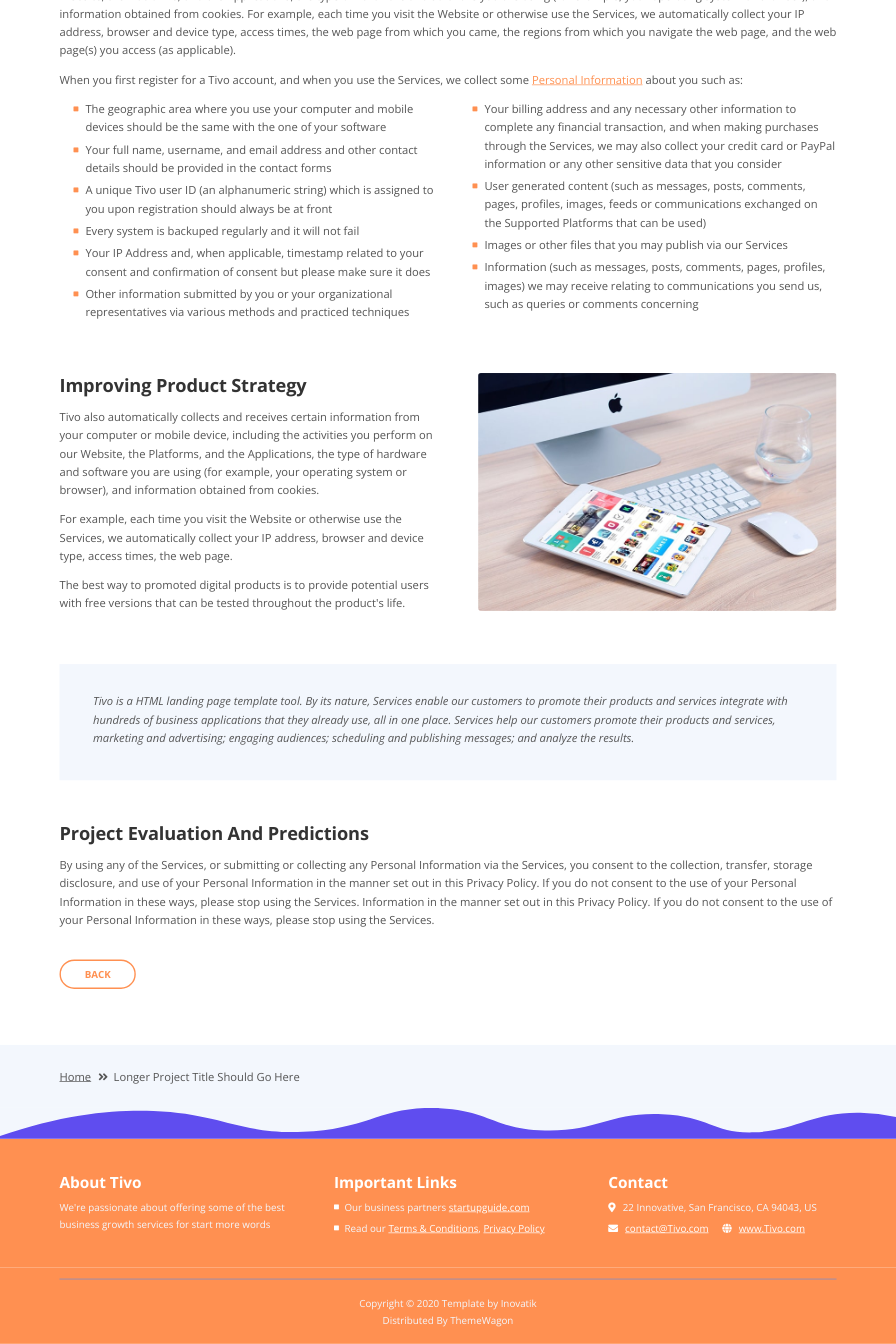
Repository: huynguyentrong/Template
Page: article-details.html
The author's editor kept a copy of each file at every save. The page is drawn from the files as they stood at one save, then again after the next save.
The browser window is 1280 px wide. The pictures show the part of the page from y = 1344 to 3264 px (the page is 3264 px tall), at 70% of full size.

Above is the page before, as saved 2022-09-30 13:59:14.

After the next save:
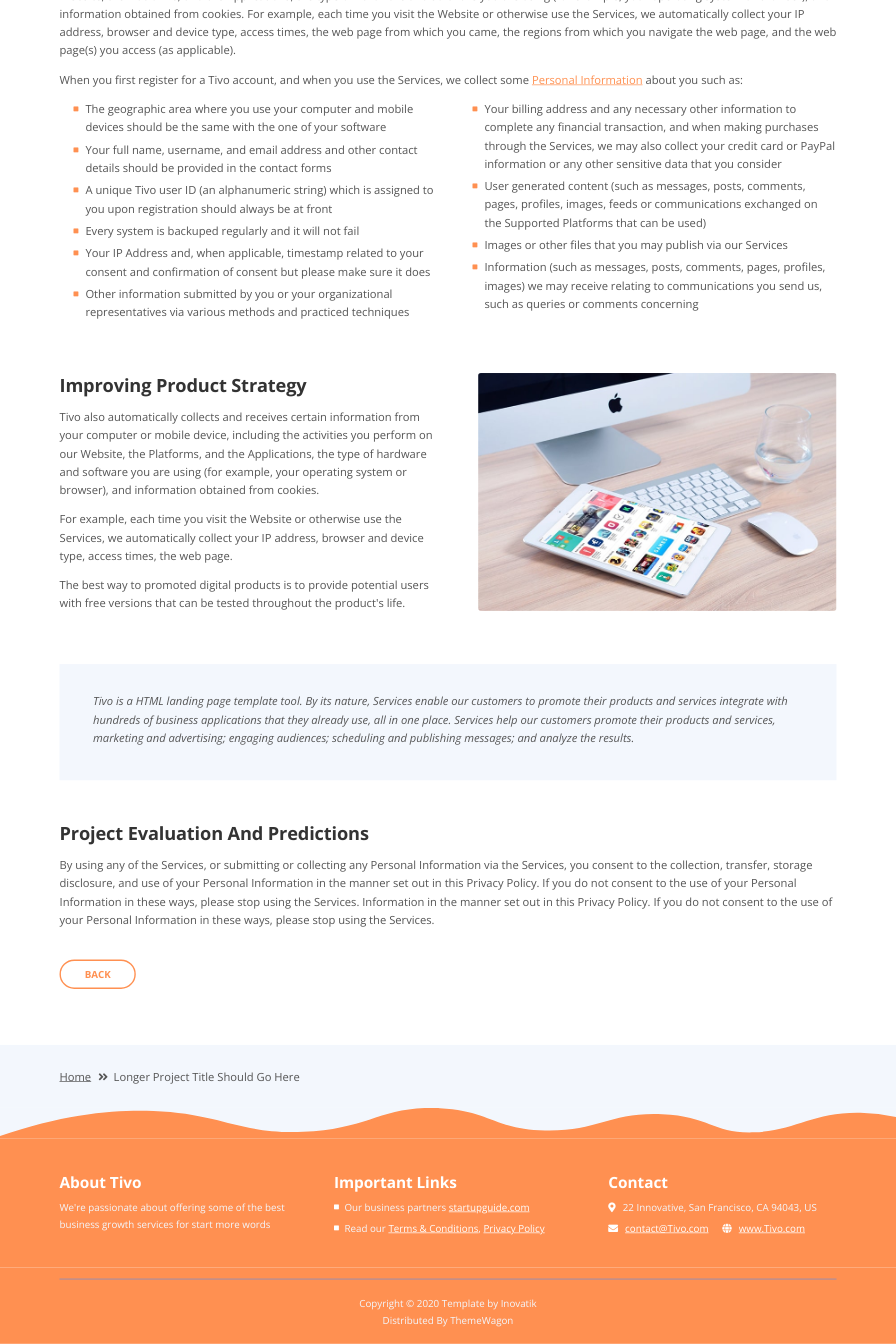
Saved 105 s later.
--- a/article-details.html
+++ b/article-details.html
@@ -422,7 +422,7 @@
       <defs>
         <style>
           .cls-2 {
-            fill: #5f4def;
+            fill: #ff9051;
           }
         </style>
       </defs>

After the save that followed:
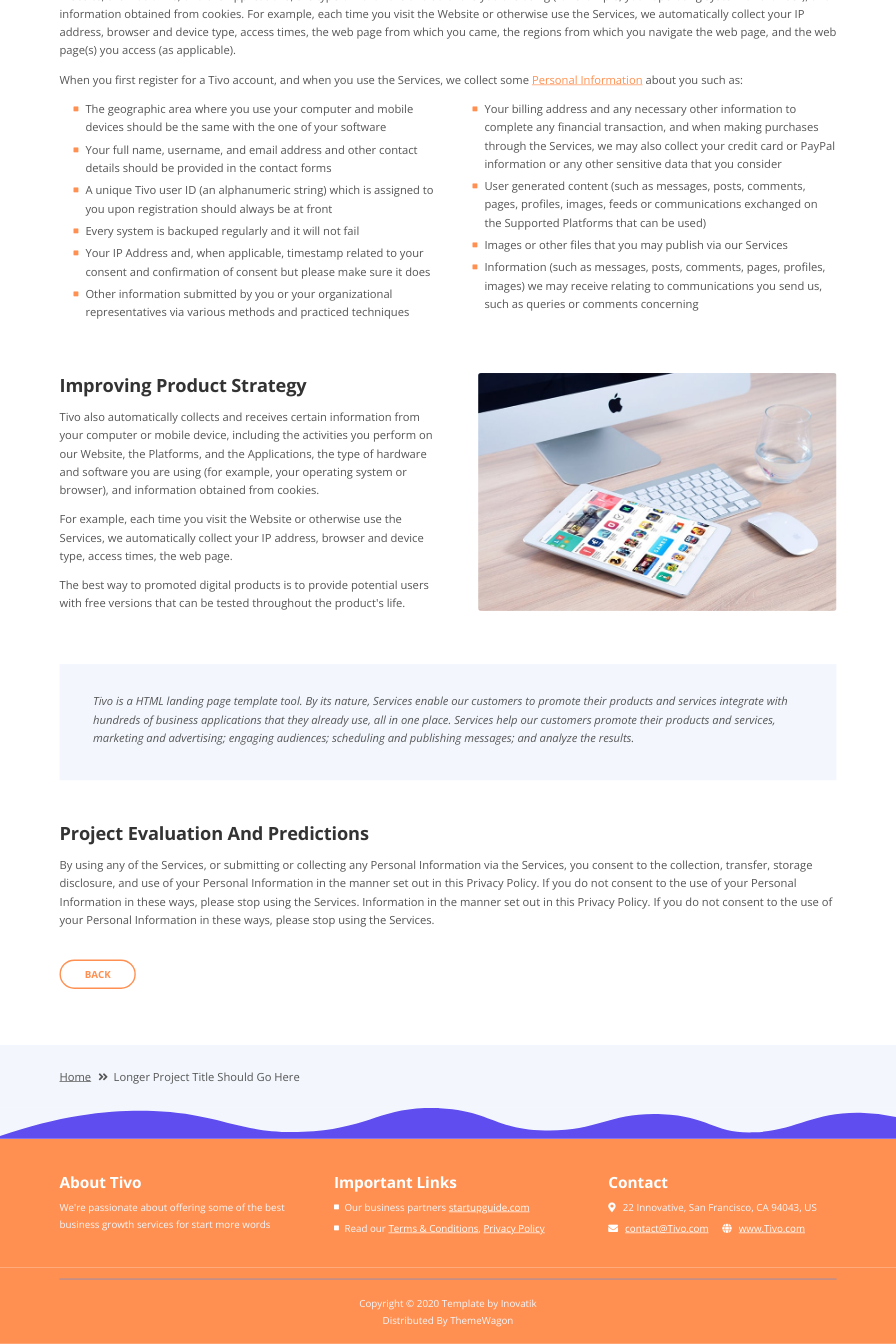
Saved 28 s later.
--- a/article-details.html
+++ b/article-details.html
@@ -422,7 +422,7 @@
       <defs>
         <style>
           .cls-2 {
-            fill: #ff9051;
+            fill: #5f4def;
           }
         </style>
       </defs>
